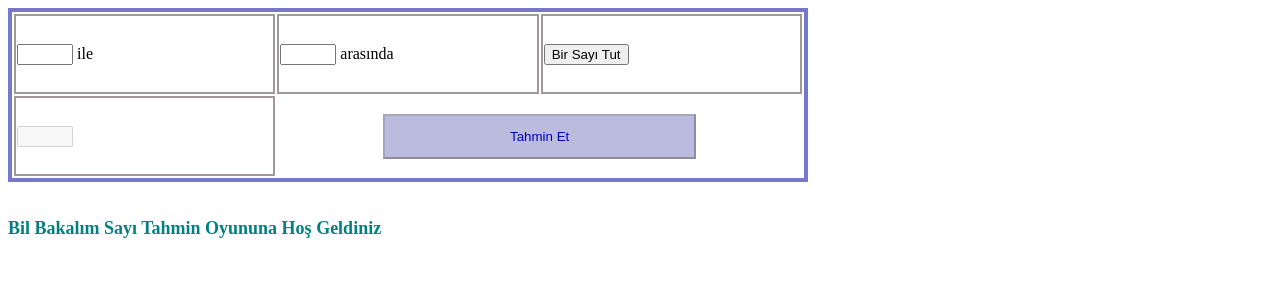
Repository: emrebolukbas/.js-Training-Tobeto
Page: 4-oyunBirSayiTut/public/oyunBirSayiTut.html
These files come from the project's save history. The page is drawn as it stood at one moment and after the next save; the edit follows.
The browser window is 1280 px wide. The pictures show the whole page.

Above is the page before, as saved 2023-10-08 21:17:48.

After the next save:
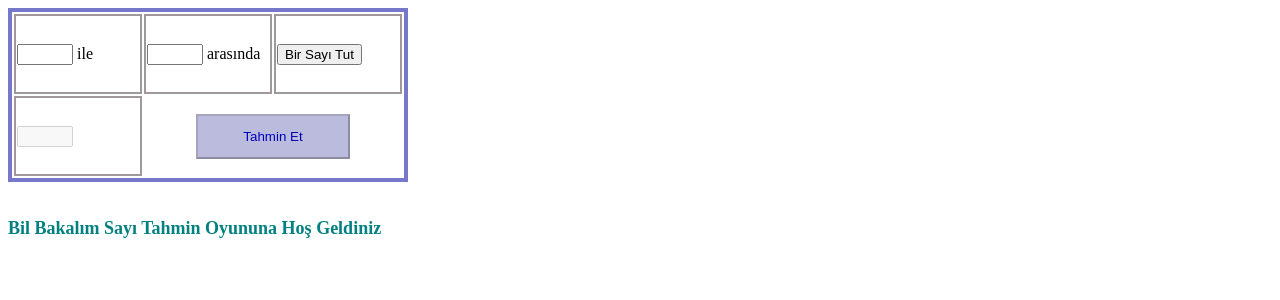
Saved 11 s later.
--- a/4-oyunBirSayiTut/public/oyunBirSayiTut.css
+++ b/4-oyunBirSayiTut/public/oyunBirSayiTut.css
@@ -1,7 +1,7 @@
 @charset "UTF-8";
 
 table.table-1 {
-	width: 800px;
+	width: 400px;
 	table-layout: fixed;
 	border: solid #77c 4px;
 }
